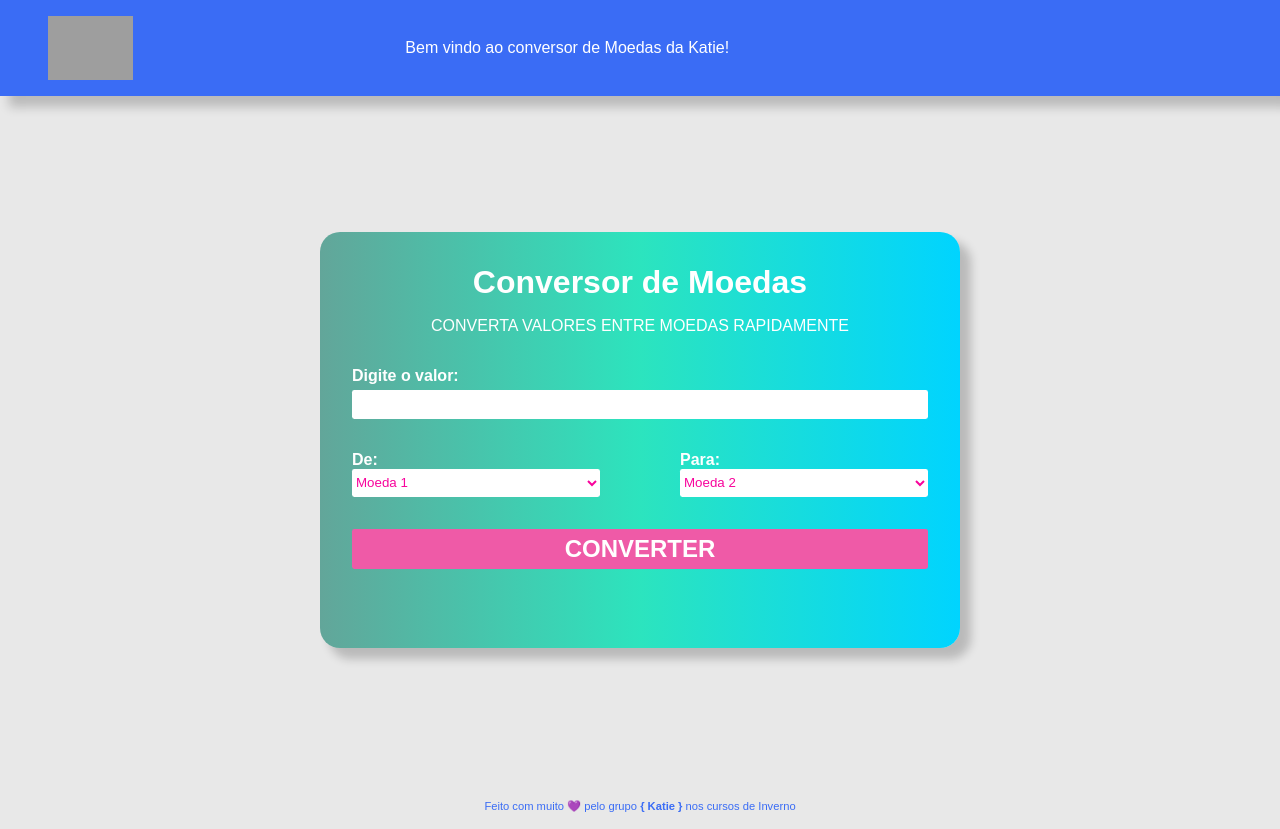
Repository: willamesalmeida/Conversor-de-Moedas
Page: index.html
The author's editor kept a copy of each file at every save. The page is drawn from the files as they stood at one save, then again after the next save.
The browser window is 1280 px wide. The pictures show the whole page.
Pictures or frames that could not be fetched are drawn as grey boxes.

Above is the page before, as saved 2022-08-07 15:14:27.

### index.html
<!DOCTYPE html>
<html lang="pt-br">
<head>
    <meta charset="UTF-8" />
    <meta name="viewport" content="width=device-width, initial-scale=1.0">
    <link rel="stylesheet" href="./global.css">
    <link rel="stylesheet" href="./styles.css">
    <title>Conversor de moedas KATIE</title>
</head>
<body>
    <script src="script.js"></script>

    <header class="cabecalho">
        <img class="gif-katie" src="https://ic.ufal.br/extensao/katie/resources/logoanim.gif"/>
        <p class="saudacao">Bem vindo ao conversor de Moedas da Katie!</p>
    </header>
    <main class="container">
        <section class="card">
            <header>
                <h2 class="titulo">Conversor de Moedas</h2>
                CONVERTA VALORES ENTRE MOEDAS RAPIDAMENTE
            </header>

            <section class="valor">
                <label>Digite o valor:</label>
                <input type="number" id="valor_inicial">
            </section>

            <section class="conversao">
                <div  class="converter-de">
                    <label>De:</label>
                    <select name="moedasde" id="moedasde">
                        <option value="de">Moeda 1</option>
                        <option value="USD">Dolar</option>
                        <option value="BRL">Real</option>
                        <option value="EUR">Euro</option>
                      </select>
                </div>

                <div class="converter-para">
                    <label>Para:</label>
                    <select name="moedaspara" id="moedaspara">
                        <option value="para">Moeda 2</option>
                        <option value="USD">Dolar</option>
                        <option value="BRL">Real</option>
                        <option value="EUR">Euro</option>
                      </select>
                </div>

            </section>
            <button type="submit" onclick="Converter()">CONVERTER</button>

            <span id="resultado" class="resultado"></span>

        </section>

    </main>

    <footer>
        Feito com muito &#128156 pelo grupo <strong>{ Katie }</strong> nos cursos de Inverno
    </footer>


</body>
</html>

### global.css
@import url('https://fonts.googleapis.com/css2?family=Roboto+Flex:opsz,wght@8..144,400;8..144,500&family=Roboto:ital,wght@0,100;0,300;0,400;0,500;0,700;0,900;1,100;1,300;1,400;1,500;1,700;1,900&display=swap');
:root {
  --rosa-katie: #f8049c;
  --amarelo-katie: #fdd54f;
  --cinza-katie: #1f1f24;
  --rosa-claro: #EF5AA7;
  --branco:  #ffffff;
  --blue: #3A6CF5;
  --gray:#E8E8E8;
  --grey2: #EBEBF3;
  --red:#FF0000;
  --greendark:#007560;
  --greenlight:#27EDC4;
  --greenciano:#51EFD0;
  --azul:#006CF9;
}

* {
  margin: 0;
  padding: 0;
  box-sizing: border-box;
}

body {
  font-family: 'Roboto ', sans-serif;
  font-family: 'Roboto Flex ', sans-serif;
  color: #ffffff;
  background-color: var(--gray);

}

### styles.css
.cabecalho {
  background: var(--blue);
  padding: 1rem 0;
}
input, select{
  outline: none;
}

.gif-katie {
  margin-left: 3rem;
  height: 4rem;
}
.cabecalho{
  display: flex;
  align-items: center;
  box-shadow: 10px 10px 10px 1px rgba(0, 0, 0, 0.2);
}

.saudacao {
  text-align: center;
  padding-left: 17rem;
}

.container {
  padding: 2.5rem 1rem;
}

.card {
  background: rgb(0,117,96);
background: linear-gradient(90deg, rgba(0,117,96,0.577468487394958) 0%, rgba(44,228,190,1) 50%, rgba(0,212,255,1) 100%);
  width: 40rem;
  height: 26rem;
  border: 3px solid var(--blue) linear-gradient(var(--blue)60%, var(--branco));
  border-radius: 20px;
  padding: 2rem;
  margin: 6rem auto;
  box-shadow: 10px 10px 10px 1px rgba(0, 0, 0, 0.2);
}

header h2 {

  font-size: 2rem;
}

.titulo {
  margin-bottom: 1rem;
}

.card header {
  text-align: center;
}

.valor {
  margin: 2rem 0;
  display: flex;
  flex-direction: column;
}

label {
  font-size: 1rem;
  font-weight: bold;
  margin-bottom: 0.3rem;
}

input,
select {
  border: none;
  border-radius: 0.15rem;
  height: 1.8rem;
  width: 100%;
  background: var(--branco);
  color: var(--rosa-katie)
}

input {
    padding: 0.8rem;
}

.conversao {
    width: 100%;
    margin: 2rem 0;
    display: flex;
    flex-direction: row;
  }

.converter-de,
.converter-para {
  width: 100%;
}

.converter-de {
  margin-right: 2.5rem;
}

.converter-para {
  margin-left: 2.5rem;
}

button {
  background: var(--rosa-claro);
  border: none;
  border-radius: 0.15rem;
  width: 100%;
  height: 2.5rem;
  cursor: pointer;
  color: var(--branco);
  font-weight: bold;
  font-size: 1.5rem;
  transition: 0.5s;
  margin-bottom: 1rem;
}

#resultado {
    font-weight: bold;
    color: var(--amarelo-katie);
    font-size: 1.5rem;
    text-align: center;
}

button:hover {
  filter: brightness(0.8);
}

footer {
    margin: 1rem 0;
    color: var(--blue);
    font-size: 0.70rem;
    text-align: center;
}

### script.js
function Converter() {
  let input = parseFloat(document.getElementById("valor_inicial").value);
  let output = document.getElementById("resultado");
  let de = document.getElementById("moedasde");
  let para = document.getElementById("moedaspara");

  console.log(de.value);

  //Reais
  if (de.value == "BRL" && para.value != "Moeda 2") {
    let valorEmReais = input;
    let valor;
    if (para.value == "BRL") {
      valor = "O valor em reais é: R$" + valorEmReais.toFixed(2);
    } else if (para.value == "EUR") {
      valor = "O valor em euros é: €" + (valorEmReais * 0.1885).toFixed(2);
    } else if (para.value == "USD") {
      valor = "O valor em dólar é: $" + (valorEmReais * 0.1917).toFixed(2);
    }
    output.innerHTML = valor;
  } else if (de.value == "EUR" && para.value != "Moeda 2") {
    let valorEmEuros = input;
    let valor;

    if (para.value == "EUR") {
      valor = "O valor em euros é: €" + valorEmEuros.toFixed(2);
    } else if (para.value == "USD") {
      valor = "O valor em dólar é: $" + (valorEmEuros * 1.0167).toFixed(2);
    } else if (para.value == "BRL") {
      valor = "O valor em reais é: R$" + (valorEmEuros * 5.303).toFixed(2);
    }
    output.innerHTML = valor;
  } else if (de.value == "USD" && para.value != "Moeda 2") {
    console.log("entrou no else is do dolar");
    let valorEmDolar = input;
    let valor;

    if (para.value == "USD") {
      valor = "O valor em dólar é: $" + valorEmDolar.toFixed(2);
    } else if (para.value == "BRL") {
      valor = "O valor em dólar é: R$" + (valorEmDolar * 5.2159).toFixed(2);
    } else if (para.value == "EUR") {
      valor = "O valor em dólar é: €" + (valorEmDolar * 0.9832).toFixed(2);
    }
    output.innerHTML = valor;
  } else {
    output.innerHTML = "";
  }
}

After the next save:
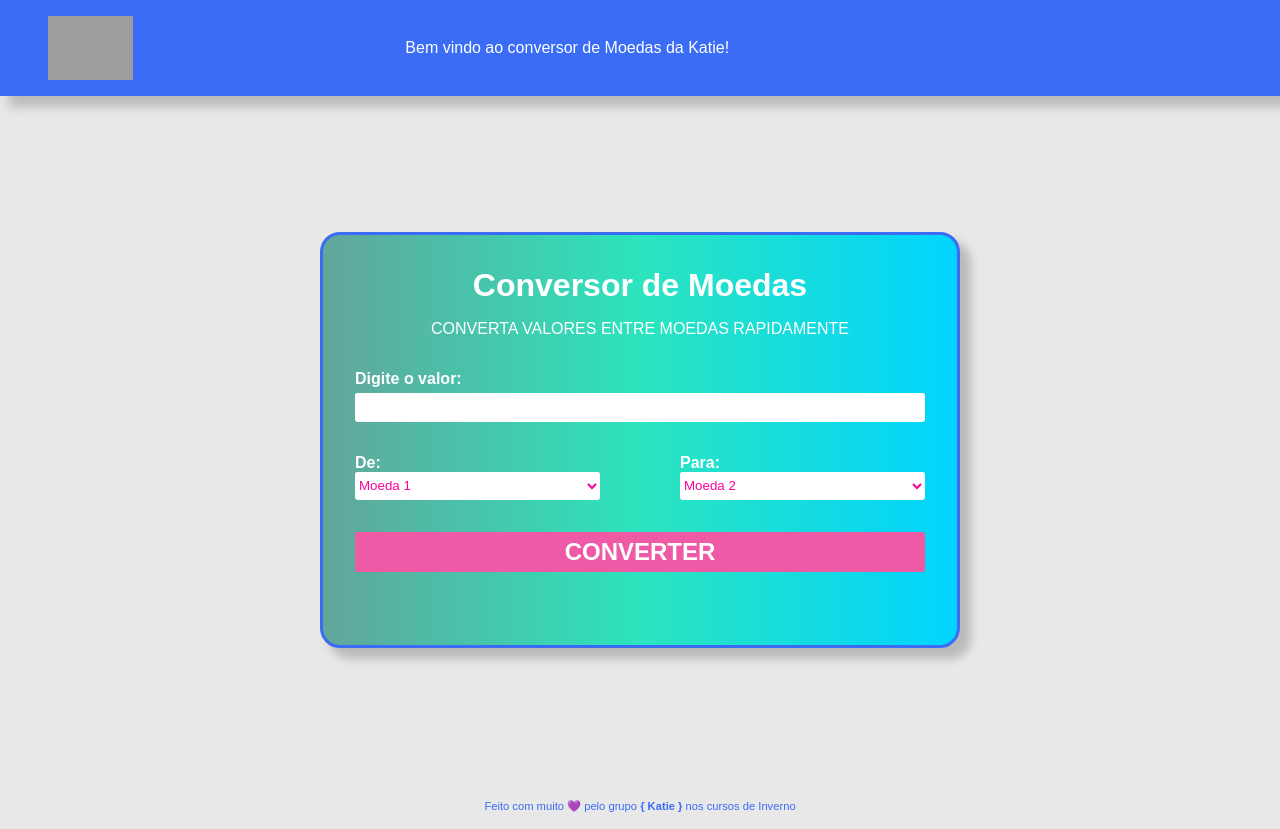
Saved 71 s later.
--- a/styles.css
+++ b/styles.css
@@ -30,7 +30,7 @@
 background: linear-gradient(90deg, rgba(0,117,96,0.577468487394958) 0%, rgba(44,228,190,1) 50%, rgba(0,212,255,1) 100%);
   width: 40rem;
   height: 26rem;
-  border: 3px solid var(--blue) linear-gradient(var(--blue)60%, var(--branco));
+  border: 3px solid var(--blue);
   border-radius: 20px;
   padding: 2rem;
   margin: 6rem auto;

After the save that followed:
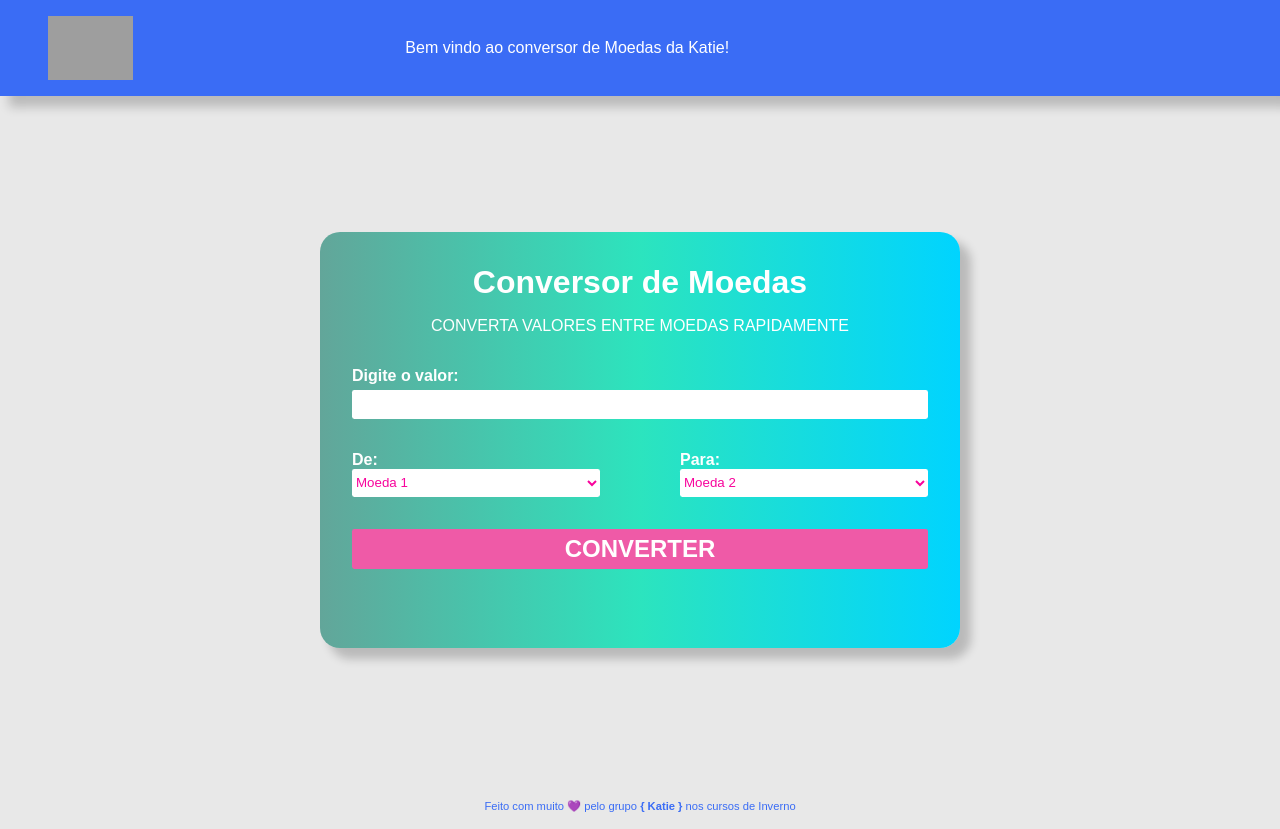
Saved 8 s later.
--- a/styles.css
+++ b/styles.css
@@ -30,7 +30,7 @@
 background: linear-gradient(90deg, rgba(0,117,96,0.577468487394958) 0%, rgba(44,228,190,1) 50%, rgba(0,212,255,1) 100%);
   width: 40rem;
   height: 26rem;
-  border: 3px solid var(--blue);
+  border: 3px solid var(--blue) linear-gradient(var(--blue)60%, var(--branco));
   border-radius: 20px;
   padding: 2rem;
   margin: 6rem auto;
